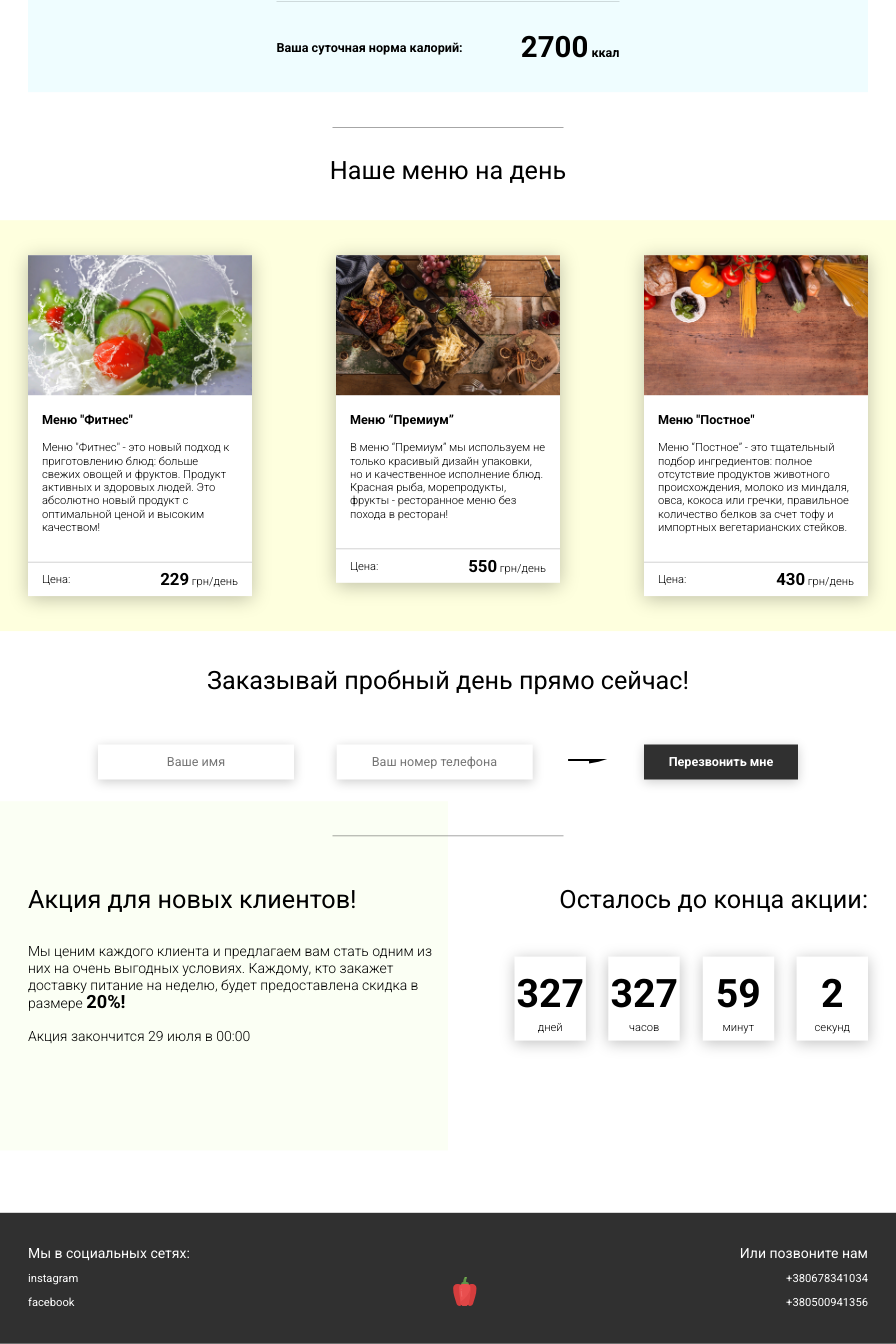
Repository: ne-comilfo/food
Page: index.html
The author's editor kept a copy of each file at every save. The page is drawn from the files as they stood at one save, then again after a run of saves.
The browser window is 1280 px wide. The pictures show the part of the page from y = 2331 to 4251 px (the page is 4251 px tall), at 70% of full size.

Above is the page before, as saved 2025-07-23 13:01:21.

After the next 2 saves:
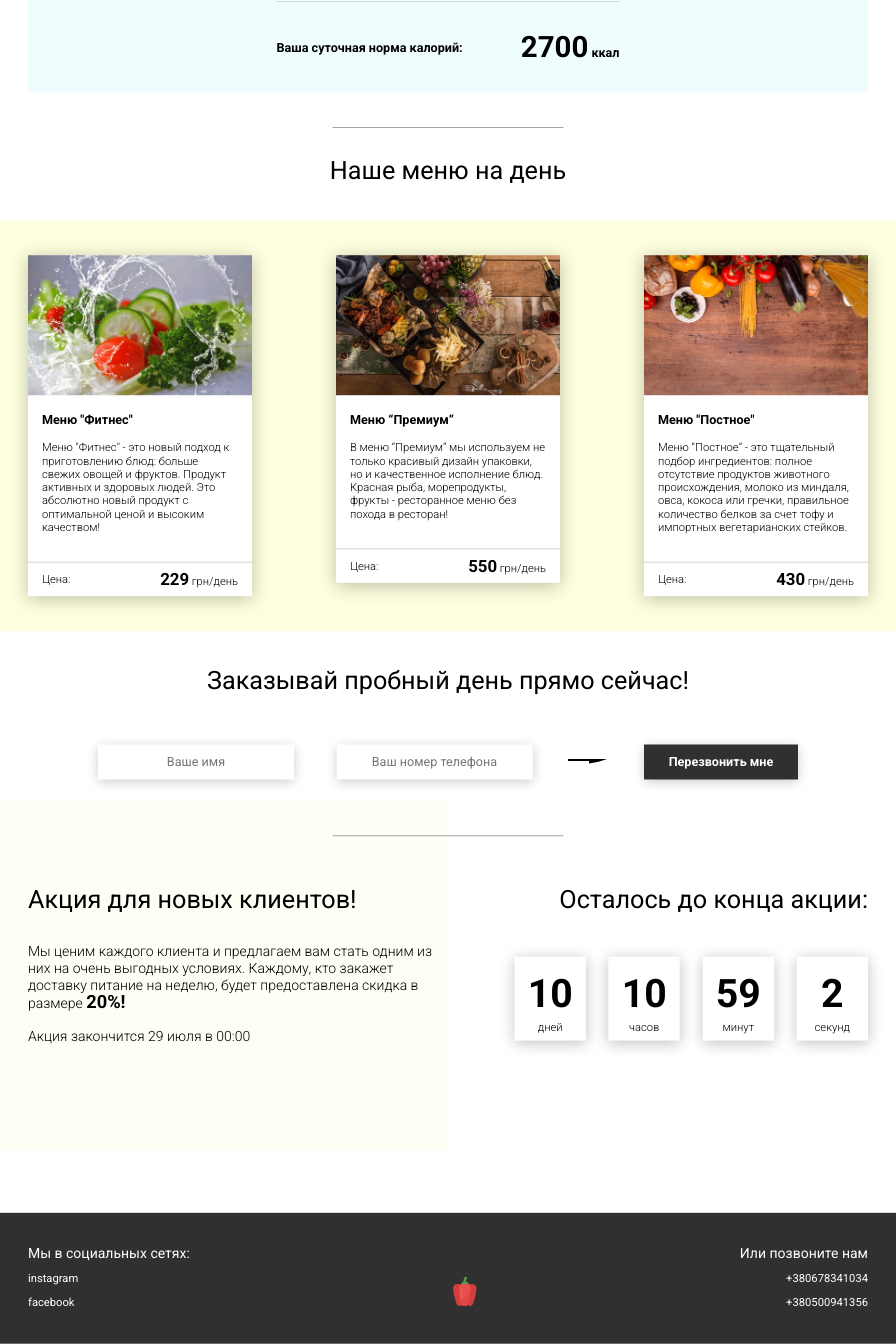
The 2 saves are shown as one change because they came seconds apart.
The last was saved 17 s later.
--- a/js/script.js
+++ b/js/script.js
@@ -54,7 +54,7 @@ document.addEventListener('DOMContentLoaded', () => {
         }
         const totalSeconds = Math.floor(diffData / 1000);
         days.textContent =
-        hours.textContent = Math.floor(totalSeconds / (60 * 24));
+        hours.textContent = Math.floor(totalSeconds / (3600) % 24);
         minutes.textContent = Math.floor(totalSeconds / 60) % 60;
         seconds.textContent = totalSeconds % 60;
     }
